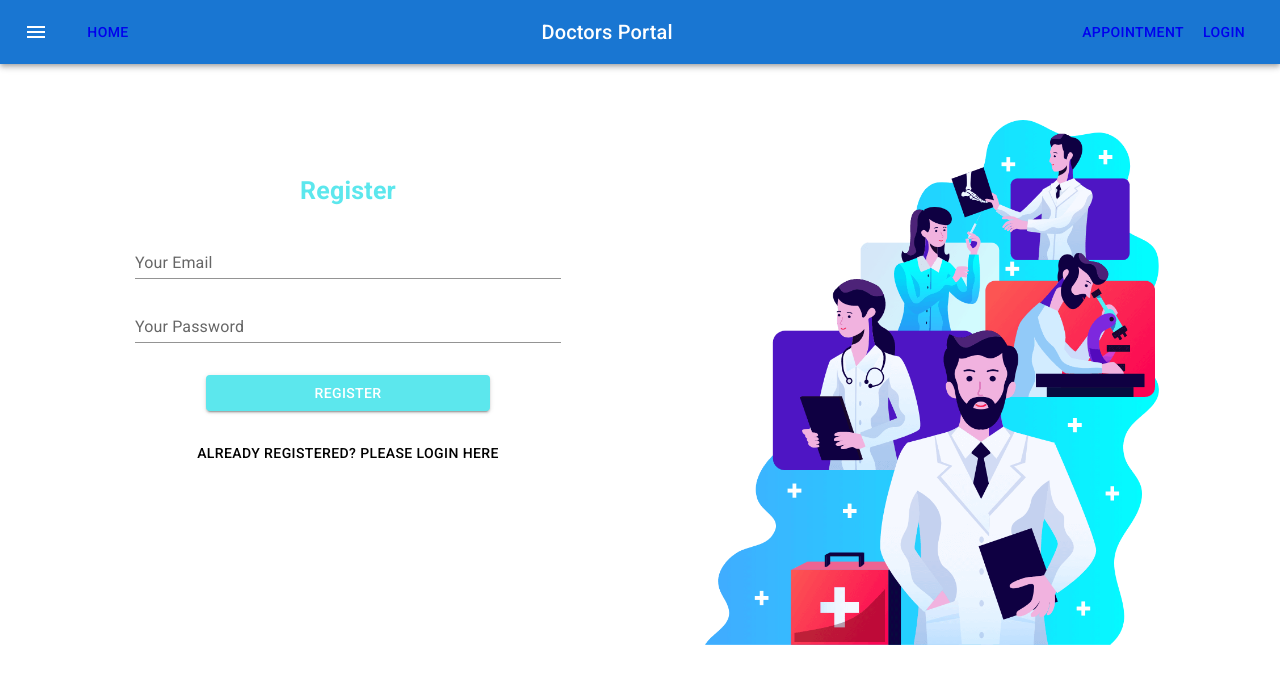
Repository: Sharif-00112/doctors-portal-client
Page: /register
An editor plug-in stored every save of this project. The page is shown before and after the next save, followed by the edit.
The browser window is 1280 px wide. The pictures show the whole page.
The project was rebuilt for these pictures with package versions that can differ from the ones it lists, and the page was loaded fresh each time. Also part of the build but not shown: src/Pages/Shared/Footer/Footer.js, src/Pages/Home/AppointmentBanner/AppointmentBanner.js, src/Pages/Home/Banner/Banner.js, src/Pages/Home/Contact/Contact.js, src/Pages/Home/Service/Service.js, src/Pages/Home/Services/Services.js, src/Pages/Home/Story/Story.js, src/Pages/Home/Home/Home.js and 7 more.

Above is the page before, as saved 2022-11-06 22:43:45.

After the next save:
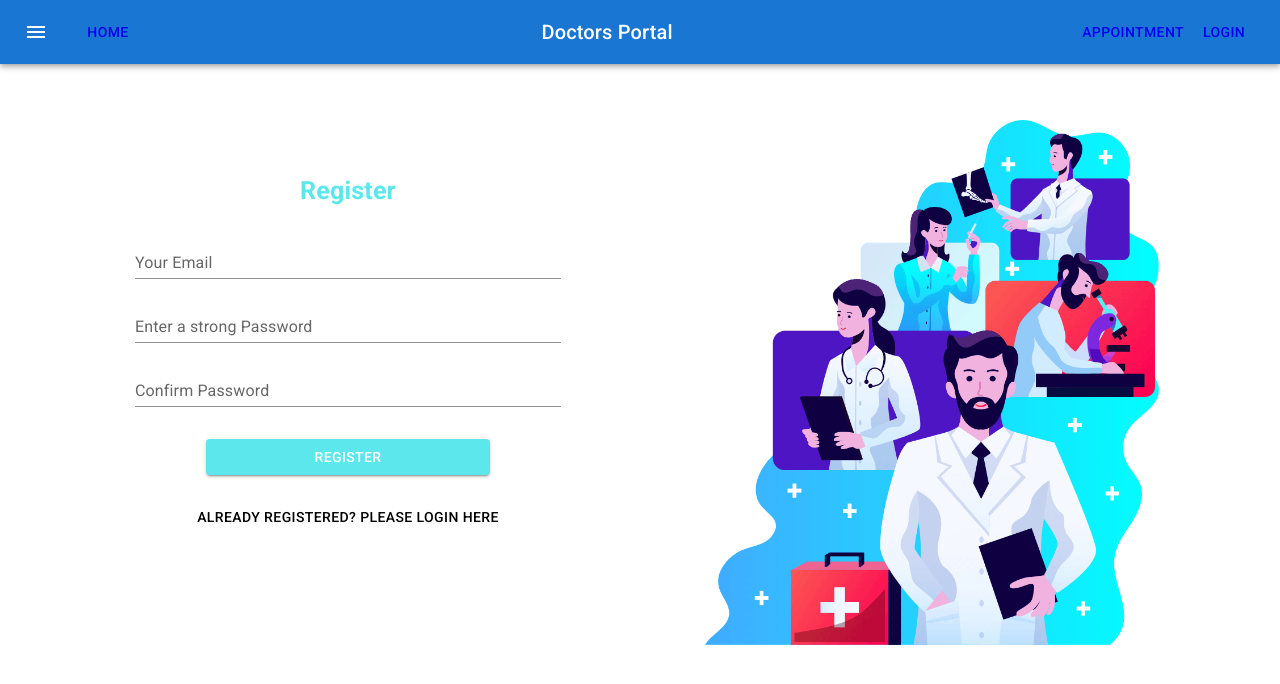
Saved 41 s later.
--- a/src/Pages/Login/Register/Register.js
+++ b/src/Pages/Login/Register/Register.js
@@ -50,7 +50,16 @@ const Register = () => {
                                     id="standard-basic"
                                     name='password'
                                     onChange={handleOnChange}
-                                    label="Your Password"
+                                    label="Enter a strong Password"
+                                    type="password"
+                                    variant="standard" />
+                                <br />
+                                <TextField
+                                    sx={{ width:'75%', m:1 }}
+                                    id="standard-basic"
+                                    name='password2'
+                                    onChange={handleOnChange}
+                                    label="Confirm Password"
                                     type="password"
                                     variant="standard" />
                                 <br />
